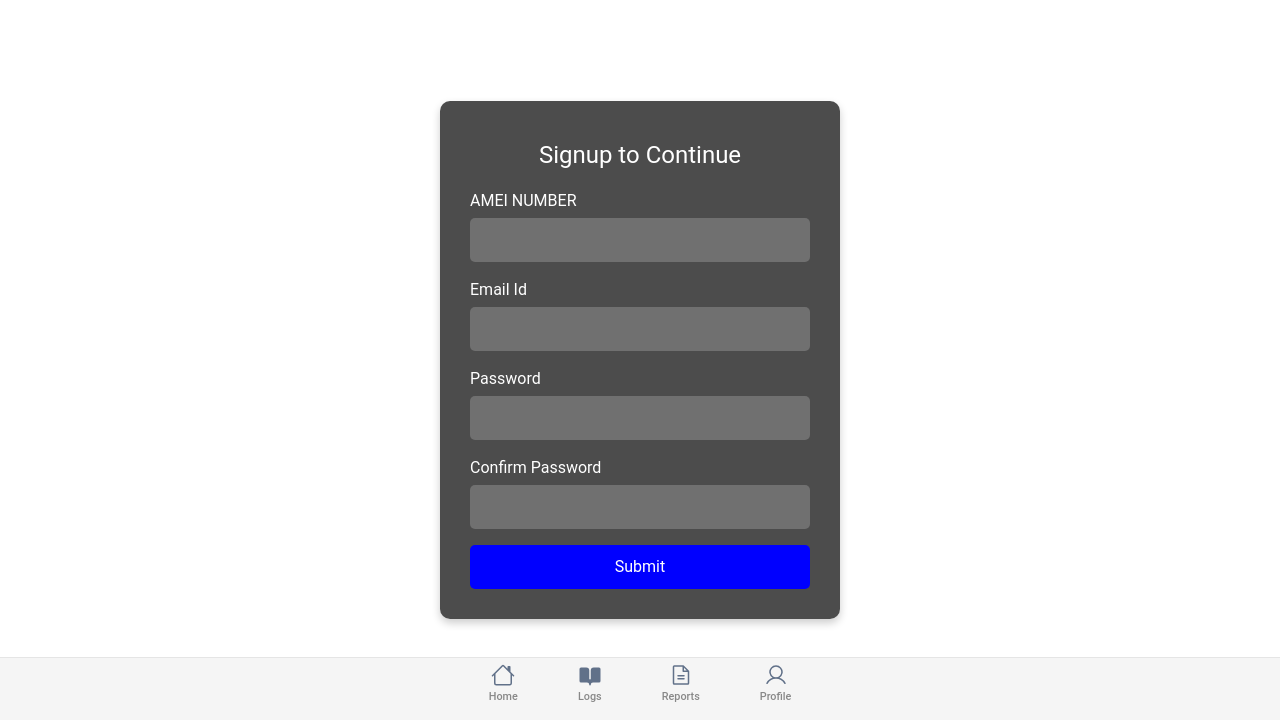
Repository: shash0708/GMR-Lines
Page: /signup (app in frontend/)
These files come from the project's save history. The page is drawn as it stood at one moment and after a run of saves; the edit follows.
The browser window is 1280 px wide. The pictures show the whole page.
The page's requests for data from a server got no answer. Some web libraries are served in a nearby version. The project was rebuilt for these pictures with package versions that can differ from the ones it lists, and the page was loaded fresh each time. No one was signed in, and anything a server would have sent is missing. Also part of the build but not shown: frontend/src/components/Home/Car.css, frontend/src/components/Home/Car.jsx, frontend/src/components/Home/Home.css, frontend/src/components/Home/Home.component.jsx, frontend/src/components/Form/Form.component.jsx, frontend/src/components/Profile/Profile.jsx, frontend/src/components/Card/Card.jsx, frontend/src/components/Card/Card.css and 10 more.

Above is the page before, as saved 2024-10-20 14:31:31.

### frontend/public/index.html
<!DOCTYPE html>
<html lang="en">
  <head>
    <meta charset="utf-8" />
    <link rel="icon" href="%PUBLIC_URL%/favicon.ico" />
    <meta name="viewport" content="width=device-width, initial-scale=1" />
    <meta name="theme-color" content="#000000" />
    <meta name="description" content="Web site created using create-react-app" />
    <link rel="apple-touch-icon" href="%PUBLIC_URL%/logo192.png" />
    <!--
      manifest.json provides metadata used when your web app is installed on a
      user's mobile device or desktop. See https://developers.google.com/web/fundamentals/web-app-manifest/
    -->
    <link rel="manifest" href="%PUBLIC_URL%/manifest.json" />
    <!--
      Notice the use of %PUBLIC_URL% in the tags above.
      It will be replaced with the URL of the `public` folder during the build.
      Only files inside the `public` folder can be referenced from the HTML.

      Unlike "/favicon.ico" or "favicon.ico", "%PUBLIC_URL%/favicon.ico" will
      work correctly both with client-side routing and a non-root public URL.
      Learn how to configure a non-root public URL by running `npm run build`.
    -->
    <link href="https://cdn.jsdelivr.net/npm/bootstrap@5.3.3/dist/css/bootstrap.min.css" rel="stylesheet" integrity="sha384-QWTKZyjpPEjISv5WaRU9OFeRpok6YctnYmDr5pNlyT2bRjXh0JMhjY6hW+ALEwIH" crossorigin="anonymous">
    <link rel="stylesheet" href="https://cdnjs.cloudflare.com/ajax/libs/font-awesome/6.0.0-beta3/css/all.min.css">

    <title>Log Book</title>
  </head>
  <script src="https://cdn.jsdelivr.net/npm/bootstrap@5.3.3/dist/js/bootstrap.bundle.min.js" integrity="sha384-YvpcrYf0tY3lHB60NNkmXc5s9fDVZLESaAA55NDzOxhy9GkcIdslK1eN7N6jIeHz" crossorigin="anonymous"></script>
  <script src="https://cdn.jsdelivr.net/npm/@popperjs/core@2.11.8/dist/umd/popper.min.js" integrity="sha384-I7E8VVD/ismYTF4hNIPjVp/Zjvgyol6VFvRkX/vR+Vc4jQkC+hVqc2pM8ODewa9r" crossorigin="anonymous"></script>
  <script src="https://cdn.jsdelivr.net/npm/bootstrap@5.3.3/dist/js/bootstrap.min.js" integrity="sha384-0pUGZvbkm6XF6gxjEnlmuGrJXVbNuzT9qBBavbLwCsOGabYfZo0T0to5eqruptLy" crossorigin="anonymous"></script>
  <script src="https://cdn.tailwindcss.com?plugins=forms,container-queries"></script>

  <body>
    <noscript>You need to enable JavaScript to run this app.</noscript>
    <div id="root"></div>
    <!--
      This HTML file is a template.
      If you open it directly in the browser, you will see an empty page.

      You can add webfonts, meta tags, or analytics to this file.
      The build step will place the bundled scripts into the <body> tag.

      To begin the development, run `npm start` or `yarn start`.
      To create a production bundle, use `npm run build` or `yarn build`.
    -->
  </body>
</html>

### frontend/src/index.js
import React from 'react';
import ReactDOM from 'react-dom/client';
import './index.css';
import App from './App';
import * as serviceWorkerRegistration from './serviceWorkerRegistration';
import reportWebVitals from './reportWebVitals';
import { ThemeProvider, createTheme } from '@mui/material/styles';

const root = ReactDOM.createRoot(document.getElementById('root'));
const theme = createTheme({
  palette: {
    primary: {
      main: '#1976d2',
    },
    secondary: {
      main: '#dc004e',
    },
  },
});
root.render(
  <React.StrictMode>
      <ThemeProvider theme={theme}>

    <App />
    </ThemeProvider>
  </React.StrictMode>
);

// If you want your app to work offline and load faster, you can change
// unregister() to register() below. Note this comes with some pitfalls.
// Learn more about service workers: https://cra.link/PWA
serviceWorkerRegistration.unregister();

// If you want to start measuring performance in your app, pass a function
// to log results (for example: reportWebVitals(console.log))
// or send to an analytics endpoint. Learn more: https://bit.ly/CRA-vitals
reportWebVitals();

### frontend/src/App.js
import './App.css';
import { useState,useEffect } from 'react';
import { BrowserRouter as Router, Route, Routes } from 'react-router-dom';
import 'primereact/resources/themes/saga-blue/theme.css';
import 'primereact/resources/primereact.min.css';
import { PrimeReactProvider } from 'primereact/api';
import Home from '../src/components/Home/Home.component';
import Form from './components/Form/Form.component';
import { ToastContainer } from 'react-toastify';
import 'react-toastify/dist/ReactToastify.css';
import Profile from './components/Profile/Profile.jsx'
import Cards from './components/Card/Card.component';
import Data from './components/Data/Data.component';
import Navbar from './components/Header/Header.component';
import EditProfile from './components/ProfileEdit/ProEdit.jsx';
import Login from './components/Login/Login.component';
import Signup from './components/SignUp/Signup.component';
import PdfComponent from './components/Pdf/PdfComponent';
import { LogsProvider } from './context/LogContext';
import Footer from './components/Footer/Footer.component';
import { useLocation } from 'react-router-dom';
import Logup from './components/Update/Update.jsx'
const App = () => {
  return (
    <LogsProvider>
      <PrimeReactProvider>
        <Router>
          <Content />
          <ToastContainer /> {/* Place this once in your app */}

        </Router>
      </PrimeReactProvider>
    </LogsProvider>
  );
};

const Content = () => {
  const location = useLocation();
  var [showFooter, setShowFooter] = useState(false);

  // Check if the current path is "/form"
  // showFooter = location.pathname !== "/form" ;
  // showFooter = location.pathname !== "/log/:id";



  // const [showFooter, setShowFooter] = useState(true);

  useEffect(() => {
    // Hide the footer for specific paths
    const hideFooterPaths = ["/form", "/log"];

    // Check if the current path matches any path where the footer should be hidden
    const shouldShowFooter = !hideFooterPaths.some((path) =>
      location.pathname.startsWith(path)
    );

    setShowFooter(shouldShowFooter);
  }, [location.pathname]);


  // This function will check the scroll position
  // const handleScroll = () => {
  //   // Show the footer if the user scrolls down more than 100px
  //   if (window.scrollY > 100) {
  //     setShowFooter(true);
  //   } else {
  //     setShowFooter(false);
  //   }
  // };

  // useEffect(() => {
  //   // Add the scroll event listener when the component mounts
  //   window.addEventListener('scroll', handleScroll);

  //   // Cleanup the event listener when the component unmounts
  //   return () => {
  //     window.removeEventListener('scroll', handleScroll);
  //   };
  // }, []); // Empty dependency array ensures this runs only once when the component mounts


  return (
    <>
      <Routes>
        {/* <Navbar/> */}
        <Route path="/" element={<Home />} />
        <Route path='/login' element={<Login />} />
        <Route path='/signup' element={<Signup />} />
        <Route path="/form" element={<Form />} />
        <Route path="/past-records" element={<Cards />} />
        {/* <Route path="/log/:id" element={<Data />} /> */}
        <Route path="/pdf" element={<PdfComponent />} />
        <Route path="/log/:id"   element={<Logup/>}/>
        <Route path="/profile"  element={<Profile/>}/>
        <Route path="/edit" element={<EditProfile/>}/>
      </Routes>
      {showFooter && <Footer />} {/* Conditionally render the footer */}
    </>
  );
};

export default App;

### frontend/src/App.css
body {
    font-family: 'Roboto', sans-serif;

    background-color: white ;
    background-size: cover;
    min-height: 100vh;

  }

### frontend/src/components/SignUp/Signup.component.jsx
import React, { useState } from 'react';
import { useNavigate } from 'react-router-dom';
import useDocumentTitle from '../hooks/useDocumentTitle';
import URL from '../config'; // Make sure this is the correct path
import styled from 'styled-components';

const Container = styled.div`
  min-height: 100vh; /* Ensure it covers the full height of the viewport */
  display: flex;
  justify-content: center;
  align-items: center;
  color: white; /* Make text white */
  /* background: url('assets/signup-background.jpg') no-repeat center center fixed; */
  background-size: cover;
`;

const FormWrapper = styled.div`
  background-color: rgba(0, 0, 0, 0.7); /* Dark background with transparency */
  padding: 30px;
  border-radius: 10px;
  box-shadow: 0 4px 8px rgba(0, 0, 0, 0.2);
  width: 100%;
  max-width: 400px;
  text-align: center;
`;

const Title = styled.h1`
  margin-bottom: 20px;
`;

const StyledForm = styled.form`
  .form-control {
    margin-bottom: 15px;
    background: rgba(255, 255, 255, 0.2); /* Light transparent background for input */
    color: white;
    border: none;
    border-radius: 5px;
    padding: 10px;
  }

  .form-control:focus {
    outline: none;
    box-shadow: 0 0 5px #fff;
  }

  label {
    text-align: left;
    display: block;
    color: white;
    margin-bottom: 5px;
  }

  button {
    width: 100%;
    background-color: blue;
    color: white;
    padding: 10px;
    border: none;
    border-radius: 5px;
    cursor: pointer;
    transition: background-color 0.3s ease;

    &:hover {
      background-color: darkblue;
    }
  }
`;

const Alert = styled.div`
  background-color: #ff4c4c;
  color: white;
  padding: 10px;
  border-radius: 5px;
  margin-bottom: 15px;
`;

const Signup = (props) => {
  useDocumentTitle('Sign In'); // Set the document title for this page

  const [credentials, setCredentials] = useState({ AME: "", password: "", cpassword: "" });
  const [error, setError] = useState(null); // State to store error message
  const navigate = useNavigate();

  const handleSubmit = async (e) => {
    e.preventDefault();
    const { AME,Email,password, cpassword } = credentials;

    // Check if passwords match
    if (password !== cpassword) {
      setError("Passwords do not match");
      return;
    }

    try {
      const response = await fetch(`${URL}/api/createuser`, {
        method: 'POST',
        headers: {
          'Content-Type': 'application/json'
        },
        body: JSON.stringify({ AME, password })
      });

      const json = await response.json();
      console.log(json);

      if (json.success) {
        localStorage.setItem('AME', AME);  // Save AMENO
        localStorage.setItem('token', json.authtoken);
        alert("Account Created successfully");
        navigate('/');
      } else {
        setError("Signup failed. Please try again."); // Set error message
      }
    } catch (error) {
      console.error('Error:', error);
      setError('An error occurred. Please try again later.');
    }
  };

  const onChange = (e) => {
    setCredentials({ ...credentials, [e.target.name]: e.target.value });
    setError(null); // Clear error message on input change
  };

  return (
    <Container>
      <FormWrapper>
        <Title>Signup to Continue</Title>
        {error && <Alert role="alert">{error}</Alert>} {/* Error display */}
        <StyledForm onSubmit={handleSubmit}>
          <div className="mb-3">
            <label htmlFor="AME" className="form-label">AMEI NUMBER</label>
            <input
              type="text"
              className="form-control"
              name="AME"
              id="AME"
              value={credentials.AME}
              onChange={onChange}
              required
            />
          </div>
          <div className="mb-3">
            <label htmlFor="AME" className="form-label">Email Id</label>
            <input
              type="text"
              className="form-control"
              name="AME"
              id="AME"
              value={credentials.AME}
              onChange={onChange}
              required
            />
          </div>
          <div className="mb-3">
            <label htmlFor="password" className="form-label">Password</label>
            <input
              type="password"
              className="form-control"
              name="password"
              id="password"
              value={credentials.password}
              onChange={onChange}
              minLength={5}
              required
            />
          </div>
          <div className="mb-3">
            <label htmlFor="cpassword" className="form-label">Confirm Password</label>
            <input
              type="password"
              className="form-control"
              name="cpassword"
              id="cpassword"
              value={credentials.cpassword}
              onChange={onChange}
              minLength={5}
              required
            />
          </div>
          <button type="submit" className="btn btn-primary">Submit</button>
        </StyledForm>
      </FormWrapper>
    </Container>
  );
};

export default Signup;

### frontend/src/context/LogContext.js
// LogsContext.js
import React, { createContext, useState, useEffect } from 'react';
import axios from 'axios';
import URL from '../components/config';
const LogsContext = createContext();

export const LogsProvider = ({ children }) => {
  const [logs, setLogs] = useState([]);
  const [filteredLogs, setFilteredLogs] = useState([]);
  const [searchTerm, setSearchTerm] = useState('');
  const [selectedLogs, setSelectedLogs] = useState([]);

  useEffect(() => {
    const fetchLogs = async () => {
      try {
        const response = await axios.get(`${URL}/getlogs/entries`, {
          headers: {
            'auth-token': localStorage.getItem('token'),
          },
        });

        setLogs(response.data);
        setFilteredLogs(response.data);
      } catch (error) {
        console.error('Error fetching logs:', error);
      }
    };
    fetchLogs();
  }, []);

  useEffect(() => {
    const handleSearch = () => {
      const lowerCaseSearchTerm = searchTerm.toLowerCase();
      const filtered = logs.filter((log) => {
        const logId = String(log.Toa);
        return logId.toLowerCase().includes(lowerCaseSearchTerm);
      });
      setFilteredLogs(filtered);
    };

    handleSearch();
  }, [searchTerm, logs]);

  const handleSelect = (log) => {
    setSelectedLogs((prev) => {
      const isSelected = prev.includes(log);
      if (isSelected) {
        return prev.filter((selectedLog) => selectedLog !== log);
      }

      if (prev.length >= 7) {
        return prev;
      }

      return [...prev, log];
    });
  };

  return (
    <LogsContext.Provider
      value={{
        logs,
        filteredLogs,
        searchTerm,
        setSearchTerm,
        selectedLogs,
        handleSelect,
        setFilteredLogs,
      }}
    >
      {children}
    </LogsContext.Provider>
  );
};

export default LogsContext;

### frontend/src/components/Footer/Footer.component.jsx
import React from 'react';
import { NavLink } from 'react-router-dom';  // Import NavLink from react-router-dom
import './Footer.css';

const Footer = () => {
  return (
    <footer className="footer">
      {/* Navigation Links Section */}
      <div className="nav-container">

        {/* Home Link */}
        <NavLink
          className="nav-link"
          to="/"
          activeClassName="active"
          exact
        >
         <svg xmlns="http://www.w3.org/2000/svg" width="16" height="16" fill="currentColor" class="bi bi-house" viewBox="0 0 16 16">
  <path d="M8.707 1.5a1 1 0 0 0-1.414 0L.646 8.146a.5.5 0 0 0 .708.708L2 8.207V13.5A1.5 1.5 0 0 0 3.5 15h9a1.5 1.5 0 0 0 1.5-1.5V8.207l.646.647a.5.5 0 0 0 .708-.708L13 5.793V2.5a.5.5 0 0 0-.5-.5h-1a.5.5 0 0 0-.5.5v1.293zM13 7.207V13.5a.5.5 0 0 1-.5.5h-9a.5.5 0 0 1-.5-.5V7.207l5-5z"/>
</svg>
          <p>Home</p>
        </NavLink>

        {/* Logs Link */}
        <NavLink
          className="nav-link"
          to="/past-records"
          activeClassName="active"
        >
          <svg xmlns="http://www.w3.org/2000/svg" viewBox="0 0 256 256">
            <path d="M240,64V192a16,16,0,0,1-16,16H160a24,24,0,0,0-24,24,8,8,0,0,1-16,0,24,24,0,0,0-24-24H32a16,16,0,0,1-16-16V64A16,16,0,0,1,32,48H88a32,32,0,0,1,32,32v88a8,8,0,0,0,16,0V80a32,32,0,0,1,32-32h56A16,16,0,0,1,240,64Z" />
          </svg>
          <p>Logs</p>
        </NavLink>

        {/* Reports Link */}
        <NavLink
          className="nav-link"
          to="/reports"
          activeClassName="active"
        >
          <svg xmlns="http://www.w3.org/2000/svg" viewBox="0 0 256 256">
            <path d="M213.66,82.34l-56-56A8,8,0,0,0,152,24H56A16,16,0,0,0,40,40V216a16,16,0,0,0,16,16H200a16,16,0,0,0,16-16V88A8,8,0,0,0,213.66,82.34ZM160,51.31,188.69,80H160ZM200,216H56V40h88V88a8,8,0,0,0,8,8h48V216Zm-32-80a8,8,0,0,1-8,8H96a8,8,0,0,1,0-16h64A8,8,0,0,1,168,136Zm0,32a8,8,0,0,1-8,8H96a8,8,0,0,1,0-16h64A8,8,0,0,1,168,168Z" />
          </svg>
          <p>Reports</p>
        </NavLink>

        {/* Profile Link */}
        <NavLink
          className="nav-link"
          to="/profile"
          activeClassName="active"
        >
          <svg xmlns="http://www.w3.org/2000/svg" viewBox="0 0 256 256">
            <path d="M230.92,212c-15.23-26.33-38.7-45.21-66.09-54.16a72,72,0,1,0-73.66,0C63.78,166.78,40.31,185.66,25.08,212a8,8,0,1,0,13.85,8c18.84-32.56,52.14-52,89.07-52s70.23,19.44,89.07,52a8,8,0,1,0,13.85-8ZM72,96a56,56,0,1,1,56,56A56.06,56.06,0,0,1,72,96Z" />
          </svg>
          <p>Profile</p>
        </NavLink>

      </div>
    </footer>
  );
};

export default Footer;

### frontend/src/components/hooks/useDocumentTitle.js
// src/hooks/useDocumentTitle.js
import { useEffect } from 'react';

const useDocumentTitle = (title) => {
  useEffect(() => {
    document.title = title;
  }, [title]);
};

export default useDocumentTitle;

### frontend/src/components/config.js
// src/config.js
const URL = " http://localhost:5000";

export default URL;

// `${URL}

### frontend/src/components/Profile/Profile.css
.Profile{
    font-family: Arial, sans-serif;
    /* background-color: #ffffff; */
    position: absolute;
    top: 40px;
    left: 10px;
    margin-top:0px;
    font-weight: 200px;

    font-size: 20px;

    color:black;
    height: auto;

}

.settings{
    position: absolute;
    left:310px
}
.babes {
    font-family: Arial, sans-serif;
    /* background-color: #ffffff; */
    margin-top:20px;
    height: auto;
    overflow-y: auto; /* Enable vertical scrolling if content overflows */

    display: flex;
    justify-content: center;
    align-items: center;
  }

  .profile-container {
    background-color: white;
    border-radius: 10px;
    margin-top: 50px;
    /* box-shadow: 0 4px 8px rgba(0, 0, 0, 0.1); */
    width: 100%;
    height:100vh;

    padding: 20px;
  }

  .profile-header {
    text-align: center;
    margin-bottom: 20px;
  }

  .profile-image {
    width: 100px;
    height: 100px;
    display: flex;
    align-items:center;
    justify-content: center;
    position:relative;
    margin-left: 110px;
    border-radius: 50%;
    object-fit: cover;
  }

  h1 {
    font-size: 1.5em;
    margin: 10px 0;
  }

  p {
    color: #888;
    font-size: 0.9em;
  }

  .edit-button {
    background-color: #d1cdcd;
    border: none;
    padding: 10px 20px;
    border-radius: 10px;
    cursor: pointer;
    margin-top: 10px;
    width:100%;
    font-weight: bold;
  }

  .edit-button:hover {
    background-color: #e0e0e0;
  }

  .profile-options {
    /* border-top: 3px solid #ddd; */
    padding-top: 10px;
    height:30vh;
  }

  .profile-option {
    display: flex;
    justify-content: space-between;
    padding: 10px 0;
    border:2px ;
    cursor: pointer;

    border-bottom: 1px solid #ddd;
    align-items: center;
    /* border-bottom: 1px solid #ddd; */
  }

  .profile-option:last-child {
    border-bottom: none;
  }

  .profile-option:hover {
    background-color: #f9f9f9;


  }
  .collapse-content {
    padding: 10px;
    border-left: 2px solid #ddd;
    margin-left: 10px;
    font-size: 0.9em;
    color: #555;
    overflow: auto; /* Allow scrolling if content is too long */
    max-height: 400px; /* Optional: Limit height before scrolling */
    transition: max-height 0.3s ease; /* Smooth transition when collapsing/expanding */
}

  .option-header {
    display: flex;
    justify-content: space-between;
    align-items: center;
    padding: 10px; /* Add some padding for better spacing */

  }
  .option-text {
    margin-right: 10px; /* Adjust this value to control the space */
    flex-grow: 1; /* Make the text take up available space */
  }
  /* Arrow styling */
  .arrow {
    margin-left: auto; /* Push the arrow to the extreme right */

    transition: transform 0.3s ease;
  }

  .arrow.up {
    transform: rotate(180deg); /* Rotate the arrow upside-down */
  }

  .arrow.down {
    transform: rotate(0deg); /* Default state with down arrow */
  }

### frontend/src/components/Footer/Footer.css
/* Footer Styles */
.footer {
    background-color: #f5f5f5;
    color: #111418;
    position: fixed;
    bottom: 0;
    left: 0;
    right: 0;
    width: 100%;
  }

  /* Container for the navigation links */
  .footer .nav-container {
    display: flex;
    justify-content: center;
    gap: 60px;
    border-top: 1px solid #e5e5e5;
    padding-top: 5px;
    padding-bottom: 5px;
    margin-bottom: 10px;
}
  /* Individual navigation links */
  .footer a {
    display: flex;
    flex-direction: column;
    align-items: center;
    gap: 2px;
    color: #617189;
    text-decoration: none;
    font-size: 12px;
    font-weight: 500;
  }

  .footer a.active {
    color: #111418;
  }

  /* Icon size adjustment */
  .footer svg {
    width: 24px;
    height: 24px;
    fill: currentColor;
  }


  /* Style for the footer links */
.nav-link {
    color:black; /* Default color */
  }

  /* Active state styling */
  .nav-link.active {
    color: white;  /* Highlight color when active */
  }

### frontend/tailwind.config.js
/** @type {import('tailwindcss').Config} */
module.exports = {
  content: [
    "./src/**/*.{js,ts,jsx,tsx}",  // Adjust the paths as needed
    "./public/**/*.html",           // Include HTML files if used
  ],
  theme: {
    extend: {
      // Custom theme extensions go here
      colors: {
        primary: '#ff6347',  // Example custom color
      },
      fontFamily: {
        sans: ['Helvetica', 'Arial', 'sans-serif'],
      },
    },
  },
  plugins: [
    // Add any Tailwind CSS plugins here
  ],
};


module.exports ={
  "compilerOptions": {
    "baseUrl": ".",
    "paths": {
      "@/*": ["src/*"]
    }
  }
}

Loaded but not shown: frontend/src/index.css (common file); frontend/src/reportWebVitals.js (common file); frontend/src/serviceWorkerRegistration.js (137 lines, source omitted); frontend/src/components/Data/Data.css (no stored copy; drawn as an empty file)

After the next 2 saves:
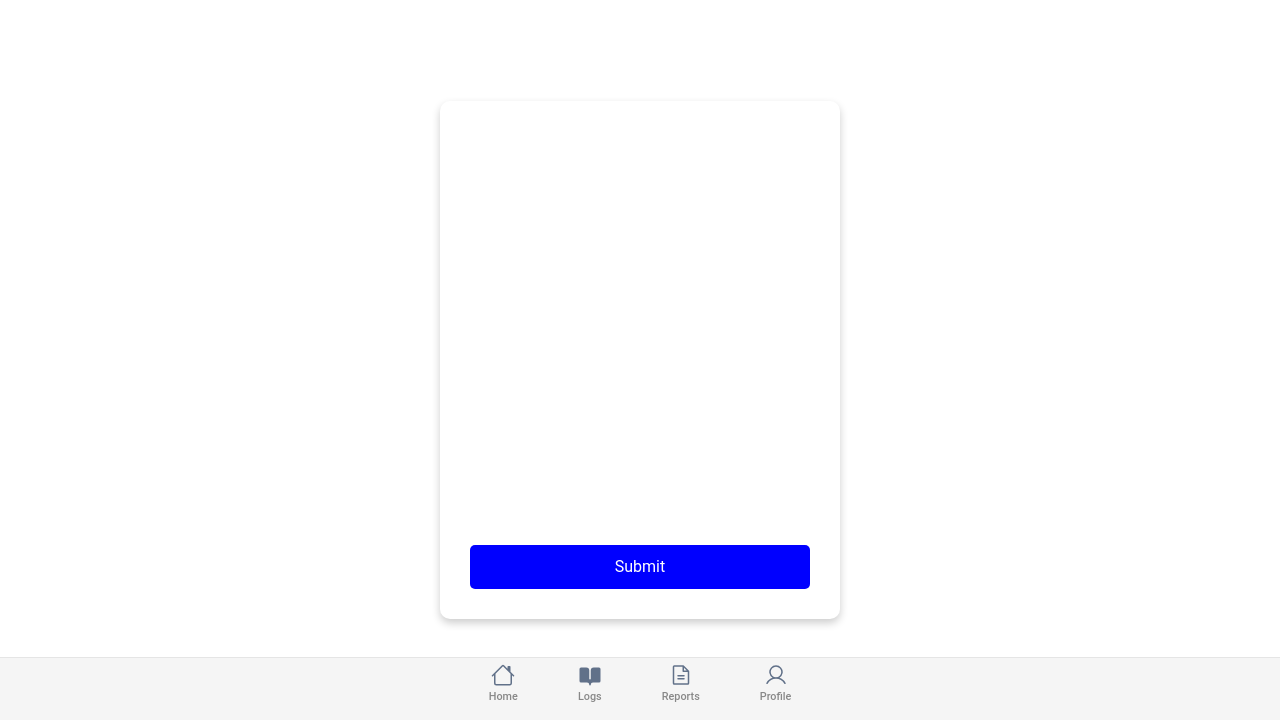
The 2 saves are shown as one change because they came seconds apart.
The last was saved 33 s later.
--- a/frontend/src/components/SignUp/Signup.component.jsx
+++ b/frontend/src/components/SignUp/Signup.component.jsx
@@ -15,7 +15,7 @@ const Container = styled.div`
 `;
 
 const FormWrapper = styled.div`
-  background-color: rgba(0, 0, 0, 0.7); /* Dark background with transparency */
+  /* background-color: rgba(0, 0, 0, 0.7); Dark background with transparency */
   padding: 30px;
   border-radius: 10px;
   box-shadow: 0 4px 8px rgba(0, 0, 0, 0.2);
